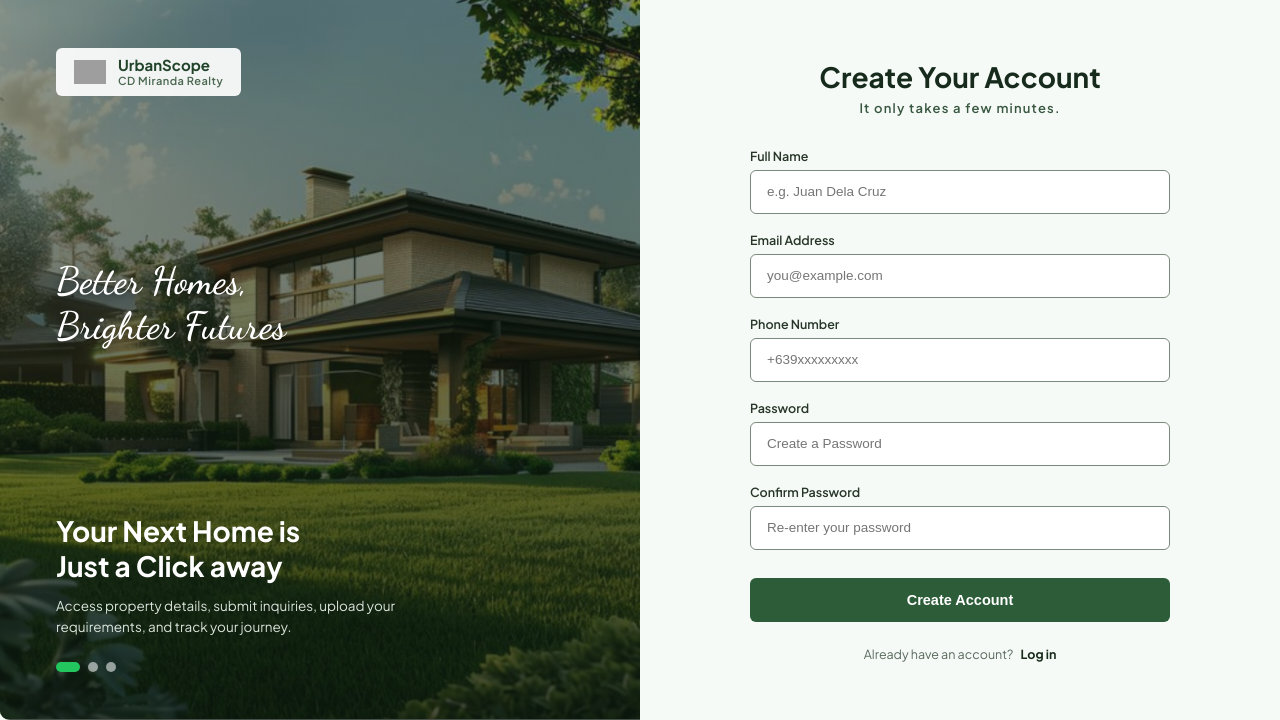
Repository: Gianeuz/CD-Miranda
Page: login/register.html
An editor plug-in stored every save of this project. The page is shown before and after a run of saves, followed by the edit.
The browser window is 1280 px wide. The pictures show the whole page.
Pictures or frames that could not be fetched are drawn as grey boxes.

Above is the page before, as saved 2026-09-25 00:34:36.

After the next 2 saves:
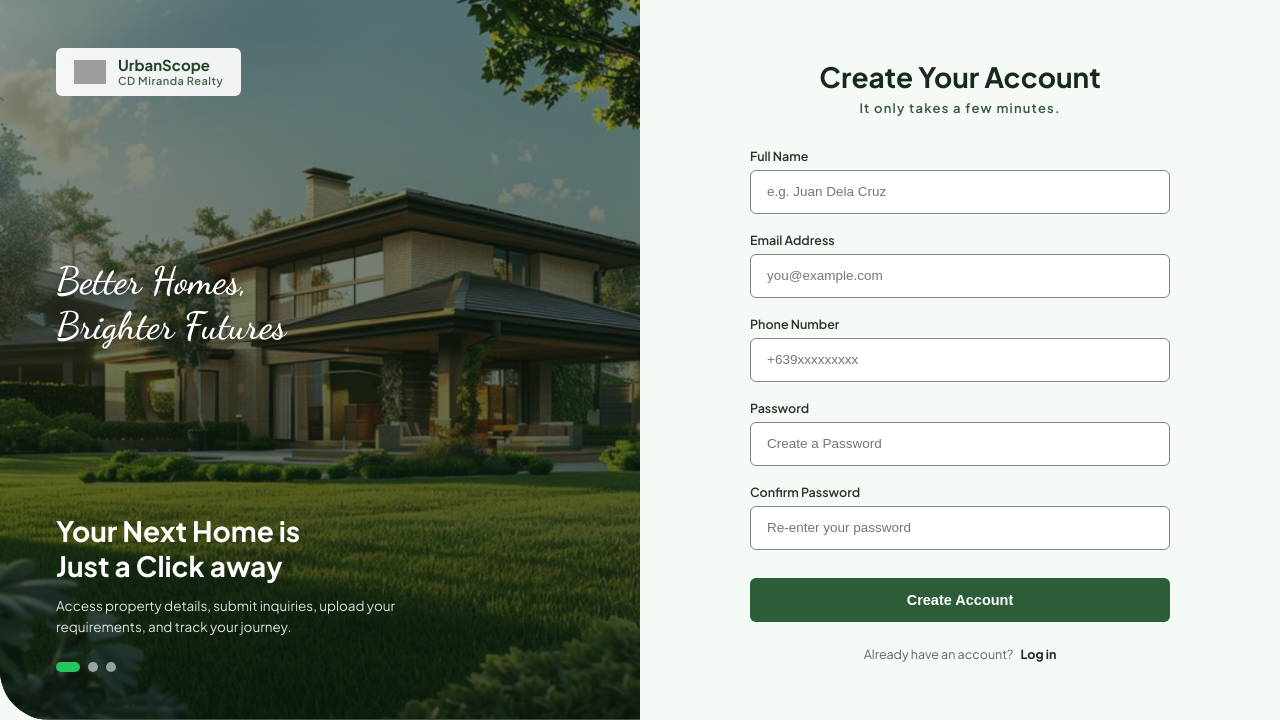
The 2 saves are shown as one change because they came seconds apart.
The last was saved 5 s later.
--- a/login/login.css
+++ b/login/login.css
@@ -50,7 +50,7 @@ body {
     justify-content: space-between;
     padding: 48px 56px;
     overflow: hidden;
-    border-end-start-radius: 10px;
+    border-end-start-radius: 50px;
 }
 
 .showcase-img {
